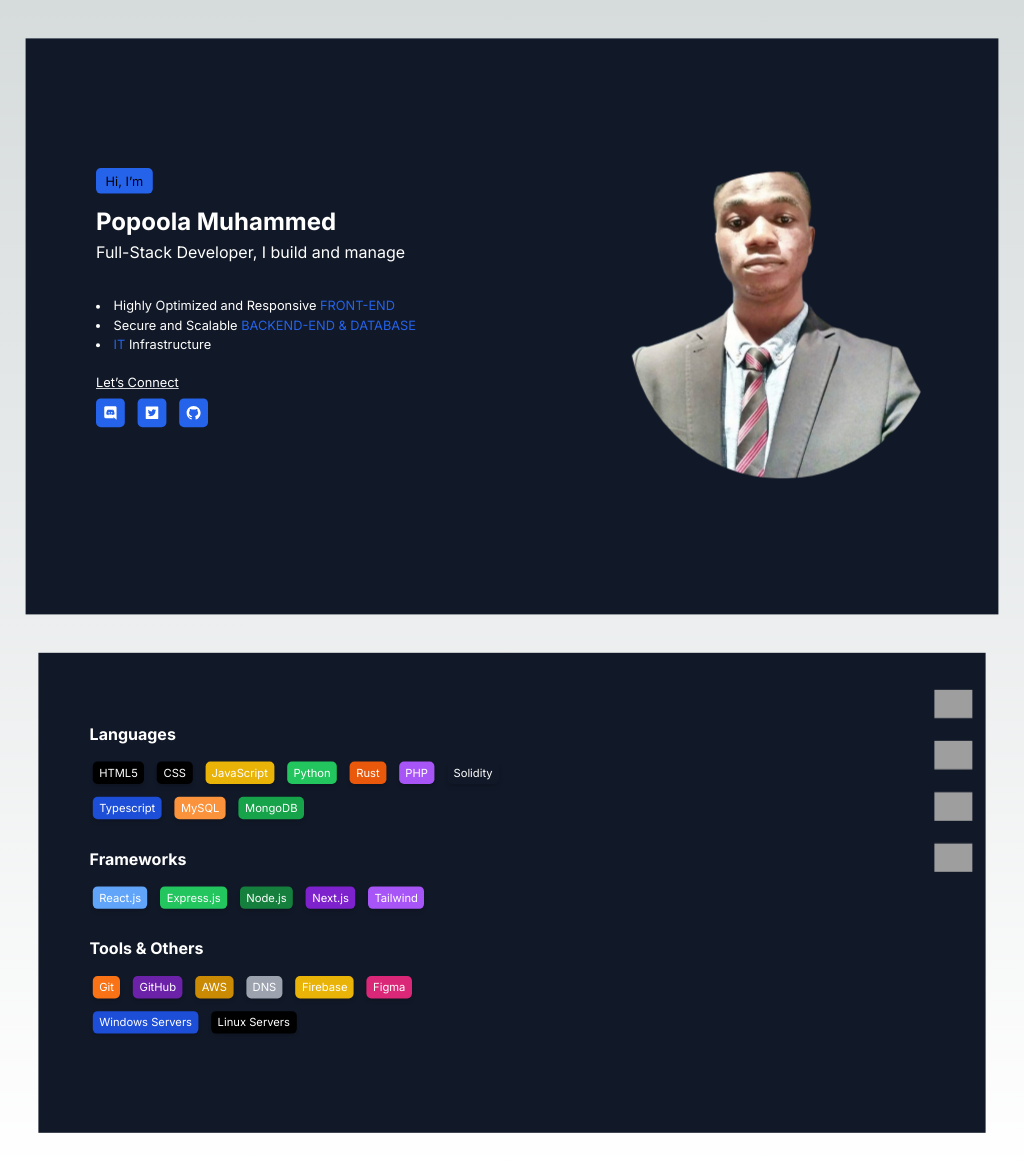
Repository: muhammedctgr/hammedctgr
Page: /
The author's editor kept a copy of each file at every save. The page is drawn from the files as they stood at one save, then again after the next save.
The browser window is 1280 px wide. The pictures show the whole page, at 80% of full size.
Pictures or frames that could not be fetched are drawn as grey boxes. The project was rebuilt for these pictures with package versions that can differ from the ones it lists, and the page was loaded fresh each time. The framework's server and built-in components were replaced by stand-ins that run in the browser. Also part of the build but not shown: next.config.mjs.

Above is the page before, as saved 2024-08-01 15:15:50.

### app/layout.tsx
import type { Metadata } from "next";
import { Inter } from "next/font/google";
import "./globals.css";

const inter = Inter({ subsets: ["latin"] });

export const metadata: Metadata = {
  title: "Popoola Muhammed",
  description: "Generated by create next app",
};

export default function RootLayout({
  children,
}: Readonly<{
  children: React.ReactNode;
}>) {
  return (
    <html lang="en">
      <body className={inter.className}>{children}</body>
    </html>
  );
}

### app/page.tsx
import Head from 'next/head';
import Hero from '../components/Hero';
import SkillsSection from '@/components/SkillsSection';


const Home = () => (
  <div>
    <Head>
      <title>Popoola Muhammed</title>
      <meta name="description" content="Welcome to my developer portfolio" />
    </Head>

    <Hero />
    <SkillsSection />
  </div>
);

export default Home;

### app/globals.css
@tailwind base;
@tailwind components;
@tailwind utilities;

:root {
  --foreground-rgb: 0, 0, 0;
  --background-start-rgb: 214, 219, 220;
  --background-end-rgb: 255, 255, 255;
}

@media (prefers-color-scheme: dark) {
  :root {
    --foreground-rgb: 255, 255, 255;
    --background-start-rgb: 0, 0, 0;
    --background-end-rgb: 0, 0, 0;
  }
}

body {
  color: rgb(var(--foreground-rgb));
  background: linear-gradient(
      to bottom,
      transparent,
      rgb(var(--background-end-rgb))
    )
    rgb(var(--background-start-rgb));
}

@layer utilities {
  .text-balance {
    text-wrap: balance;
  }
}


@keyframes upDown {
  0%, 100% {
    transform: translateY(0);
  }
  50% {
    transform: translateY(-10px); /* Adjust the value as needed */
  }
}

.animate-upDown {
  animation: upDown 2s infinite ease-in-out; /* Adjust duration as needed */
}

### components/Hero.tsx
import Image from 'next/image';
import profilePic from '../public/profile.png';
import { AiFillDiscord, AiFillGithub, AiFillTwitterSquare, AiFillX } from 'react-icons/ai';

const Hero = () => {
  return (
    <section className="bg-gray-900 m-12 mx-8  text-white min-h-screen flex items-center">
      <div className="container mx-auto flex flex-col md:flex-row items-center">
        <div className="flex-1 text-left md:text-left p-8 pt-2 m-14 mt-2">
          <div className="inline-block bg-blue-600 text-black py-1 px-3 mb-4 rounded-md">
            Hi, I’m
          </div>
          <div className="mb-10">
          <h1 className="text-2xl md:text-3xl font-bold">Popoola Muhammed</h1>
          <p className="mt-2  md:text-xl">Full-Stack Developer, I build and manage</p>
          </div>
          <ul className="mt-4 list-disc list-inside whitespace-nowrap">
            <li>Highly Optimized and Responsive <span className="text-blue-600">FRONT-END</span></li>
            <li>Secure and Scalable <span className="text-blue-600">BACKEND-END & DATABASE</span></li>
            <li><span className="text-blue-600">IT</span> Infrastructure</li>
          </ul>
          <div className="mt-6">
            <a href="#contact" className=" underline">Let’s Connect</a>
            <div className="mt-2 flex md:justify-start space-x-4">
              <a href="#" className="bg-blue-600 p-2 rounded-md">
                <AiFillDiscord size={20} />
              </a>
              <a href="#" className="bg-blue-600 p-2 rounded-md">
                <AiFillTwitterSquare size={20} />
              </a>
              <a href="#" className="bg-blue-600 p-2 rounded-md">
                <AiFillGithub size={20} />
              </a>
            </div>
          </div>
        </div>
        <div className="flex-1 p-5">
          <div className="relative w-48 h-48 mx-auto md:w-72 md:h-72 lg:w-96 lg:h-96">
            <Image src={profilePic} alt="Popoola Muhammed" layout="fill" className="rounded-full object-cover animate-upDown" />
          </div>
        </div>
      </div>
    </section>
  );
};

export default Hero;

### components/SkillsSection.tsx
import Image from 'next/image';
import { FC } from 'react';

interface SkillCategory {
  title: string;
  skills: { name: string; color: string; }[];
}

const skills: SkillCategory[] = [
  {
    title: "Languages",
    skills: [
      { name: "HTML5", color: "bg-black" },
      { name: "CSS", color: "bg-black"},
      { name: "JavaScript", color: "bg-yellow-500" },
      { name: "Python", color: "bg-green-500" },
      { name: "Rust", color: "bg-orange-600" },
      { name: "PHP", color: "bg-purple-500" },
      { name: "Solidity", color: "bg-black-500" },
      { name: "Typescript", color: "bg-blue-700" },
      { name: "MySQL", color: "bg-orange-400" },
      { name: "MongoDB", color: "bg-green-600" },
    ],
  },
  {
    title: "Frameworks",
    skills: [
      { name: "React.js", color: "bg-blue-400" },
      { name: "Express.js", color: "bg-green-500" },
      { name: "Node.js", color: "bg-green-700" },
      { name: "Next.js", color: "bg-purple-700" },
      { name: "Tailwind", color: "bg-purple-500" },
    ],
  },
  {
    title: "Tools & Others",
    skills: [
      { name: "Git", color: "bg-orange-500" },
      { name: "GitHub", color: "bg-purple-800" },
      { name: "AWS", color: "bg-yellow-600" },
      { name: "DNS", color: "bg-gray-400" },
      { name: "Firebase", color: "bg-yellow-500" },
      { name: "Figma", color: "bg-pink-600" },
      { name: "Windows Servers", color: "bg-blue-700" },
      { name: "Linux Servers", color: "bg-black" },
    ],
  },
];

const icons = [
  "/icons/html5.svg", // Replace with your icon paths
  "/icons/css3.svg",
  "/icons/javascript.svg",
  "/icons/python.svg",
  // Add the rest of the icons as needed
];

const SkillsSection: FC = () => {
  return (
    <section className="py-10 m-12 bg-gray-900 text-white">
      <div className="container mx-auto px-4 flex flex-col md:flex-row">
        <div className="flex-1 m-12">
          {skills.map((category) => (
            <div key={category.title} className="mb-8">
              <h2 className="text-xl font-bold mb-4">{category.title}</h2>
              <div className="flex flex-wrap gap-2">
                {category.skills.map((skill) => (
                  <span
                    key={skill.name}
                    className={`px-2 py-1 m-1 rounded-md text-sm ${skill.color} shadow-md`}
                  >
                    {skill.name}
                  </span>
                ))}
              </div>
            </div>
          ))}
        </div>
        <div className="flex-1 flex flex-col items-center md:items-end">
          <div className="grid grid-cols-3 md:grid-cols-1 gap-4">
            {icons.map((src, index) => (
              <div key={index} className="w-12 h-12 relative">
                <Image src={src} alt={`icon-${index}`} layout="fill" objectFit="contain" />
              </div>
            ))}
          </div>
        </div>
      </div>
    </section>
  );
};

export default SkillsSection;

Loaded but not shown: tailwind.config.ts (common file)

After the next save:
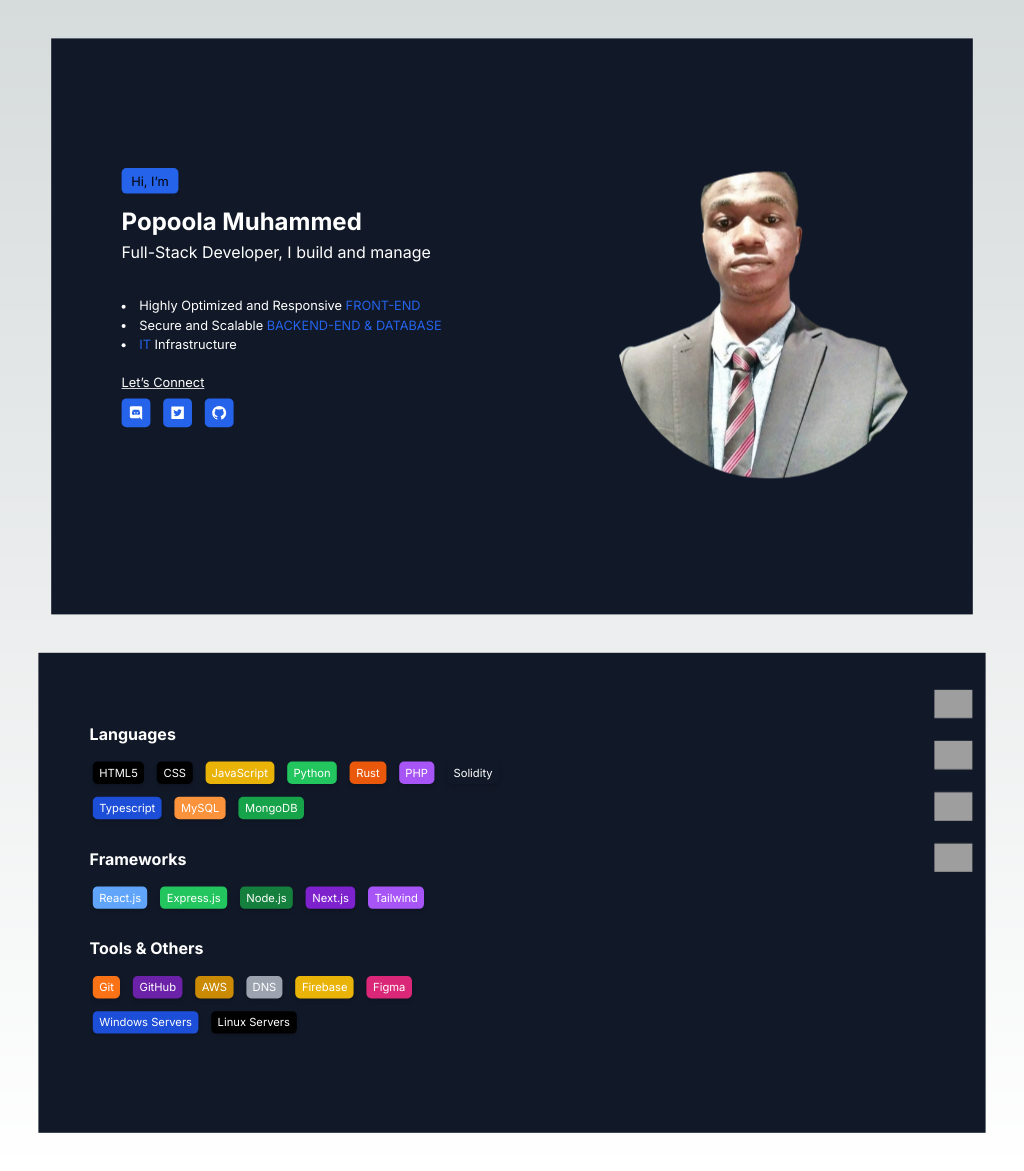
Saved 73 s later.
--- a/components/Hero.tsx
+++ b/components/Hero.tsx
@@ -4,7 +4,7 @@
 
 const Hero = () => {
   return (
-    <section className="bg-gray-900 m-12 mx-8  text-white min-h-screen flex items-center">
+    <section className="bg-gray-900 m-12 mx-16  text-white min-h-screen flex items-center">
       <div className="container mx-auto flex flex-col md:flex-row items-center">
         <div className="flex-1 text-left md:text-left p-8 pt-2 m-14 mt-2">
           <div className="inline-block bg-blue-600 text-black py-1 px-3 mb-4 rounded-md">

After the save that followed:
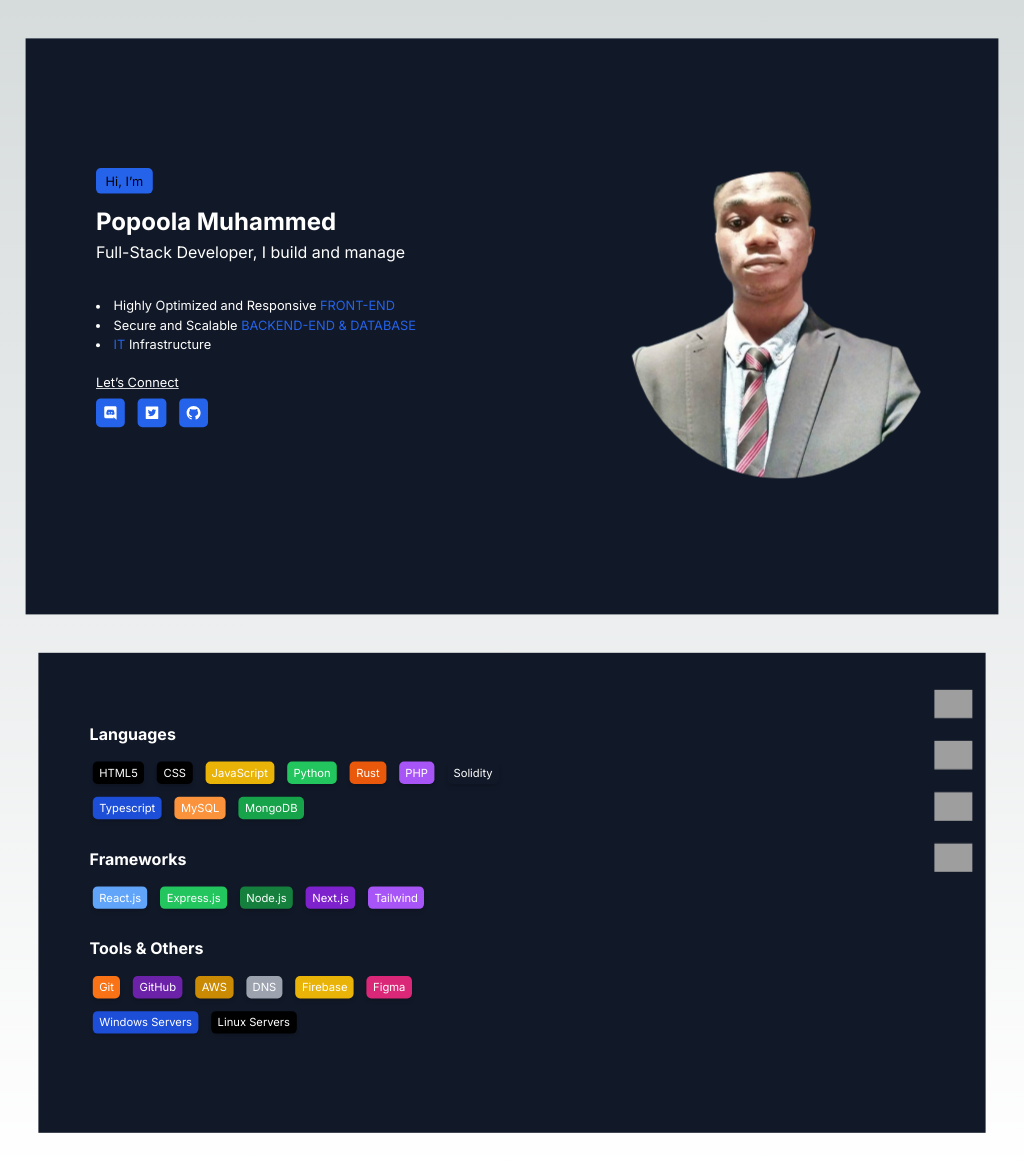
Saved 37 s later.
--- a/components/Hero.tsx
+++ b/components/Hero.tsx
@@ -4,7 +4,7 @@
 
 const Hero = () => {
   return (
-    <section className="bg-gray-900 m-12 mx-16  text-white min-h-screen flex items-center">
+    <section className="bg-gray-900 m-12 mx-8  text-white min-h-screen flex items-center">
       <div className="container mx-auto flex flex-col md:flex-row items-center">
         <div className="flex-1 text-left md:text-left p-8 pt-2 m-14 mt-2">
           <div className="inline-block bg-blue-600 text-black py-1 px-3 mb-4 rounded-md">
